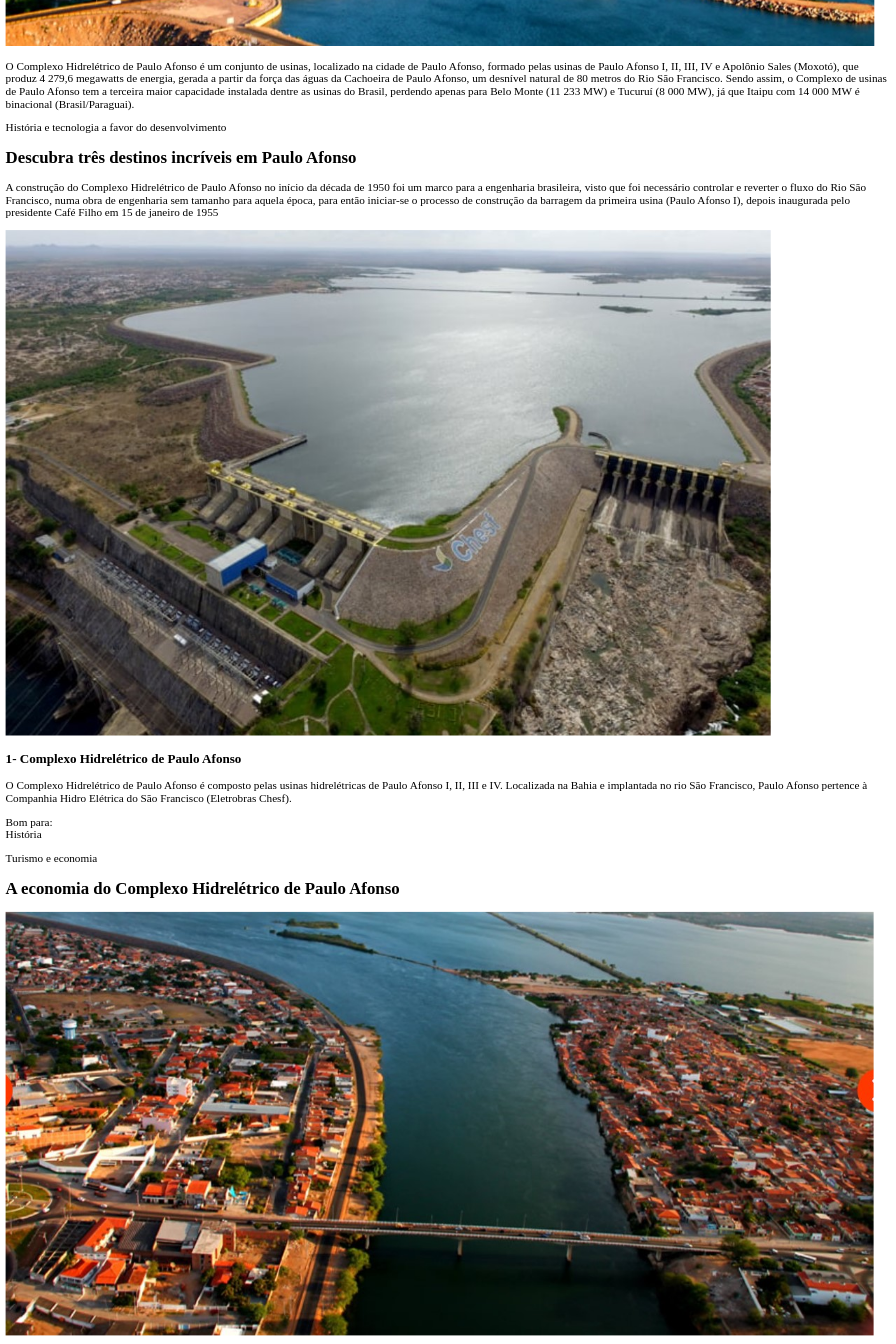
Repository: JeffRodFer/testeGitXGithub
Page: index.html
An editor plug-in stored every save of this project. The page is shown before and after the next save, followed by the edit.
The browser window is 1280 px wide. The pictures show the part of the page from y = 764 to 2684 px (the page is 2684 px tall before and 2651 px after), at 70% of full size.

Above is the page before, as saved 2025-03-15 18:55:02.

### index.html
<!DOCTYPE html>
<html lang="pt-br">
<head>
    <meta charset="UTF-8">
    <meta name="viewport" content="width=device-width, initial-scale=1.0">
    <title>Local Turístico</title>
</head>
<body>
    <main>
        <div>
            <p>Sua próxima viagem</p>
            <h1>Conheça Paulo Afonso</h1>
            <section>
                <img src="assets/main.jpg" alt="visão geral da hidroelêtrica">
                <p>O Complexo Hidrelétrico de Paulo Afonso é um conjunto de usinas, localizado na cidade de Paulo Afonso, formado pelas usinas de Paulo Afonso I, II, III, IV e Apolônio Sales (Moxotó), que produz 4 279,6 megawatts de energia, gerada a partir da força das águas da Cachoeira de Paulo Afonso, um desnível natural de 80 metros do Rio São Francisco. Sendo assim, o Complexo de usinas de Paulo Afonso tem a terceira maior capacidade instalada dentre as usinas do Brasil, perdendo apenas para Belo Monte (11 233 MW) e Tucuruí (8 000 MW), já que Itaipu com 14 000 MW é binacional (Brasil/Paraguai). </p>
            </section>
            <section>
                    <p>História e tecnologia a favor do desenvolvimento</p>
                    <h2>Descubra três destinos incríveis em Paulo Afonso</h2>
                    <p>
                         A construção do Complexo Hidrelétrico de Paulo Afonso no início da década de 1950 foi um marco para a engenharia brasileira, visto que foi necessário controlar e reverter o fluxo do Rio São Francisco, numa obra de engenharia sem tamanho para aquela época, para então iniciar-se o processo de construção da barragem da primeira usina (Paulo Afonso I), depois inaugurada pelo presidente Café Filho em 15 de janeiro de 1955
                    </p>
                    <img src="assets/hidroele.jpg" alt="hidroelêtrica">
                    <h3>1- Complexo Hidrelétrico de Paulo Afonso</h3>
                    <p>
                     O Complexo Hidrelétrico de Paulo Afonso é composto pelas usinas hidrelétricas de Paulo Afonso I, II, III e IV. Localizada na Bahia e implantada no rio São Francisco, Paulo Afonso pertence à Companhia Hidro Elétrica do São Francisco (Eletrobras Chesf).
                    </p>
                    <P>Bom para: <br>
                        História</P>
            </section>
            <section>
                <p>Turismo e economia</p>
                <h2>A economia do Complexo Hidrelétrico de Paulo Afonso</h2>
                <img src="assets/aerea.jpg" alt="praias para banho as margens do Rio São Francisco">
            </section>

        </div>
    </main>
</body>
</html>

After the next save:
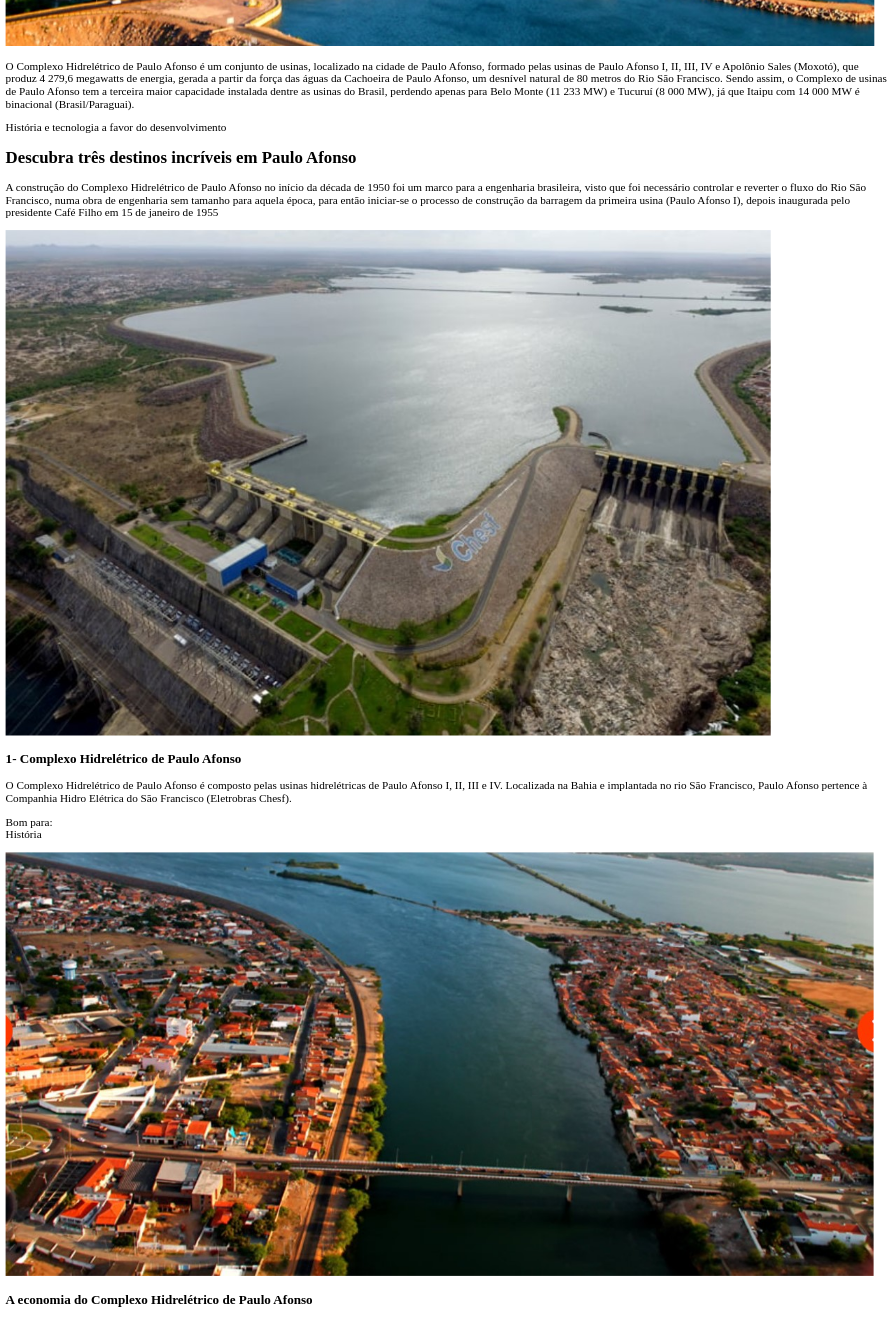
Saved 2 min 3 s later.
--- a/index.html
+++ b/index.html
@@ -29,9 +29,8 @@
                         História</P>
             </section>
             <section>
-                <p>Turismo e economia</p>
-                <h2>A economia do Complexo Hidrelétrico de Paulo Afonso</h2>
                 <img src="assets/aerea.jpg" alt="praias para banho as margens do Rio São Francisco">
+                <h3>A economia do Complexo Hidrelétrico de Paulo Afonso</h3>
             </section>
 
         </div>
